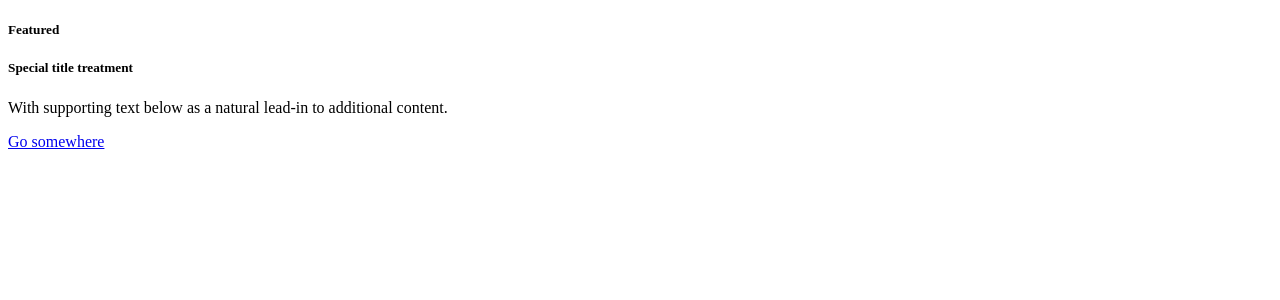
Repository: acciojob/bootstrap-card-vandanayadav15
Page: main.html
The author's editor kept a copy of each file at every save. The page is drawn from the files as they stood at one save, then again after the next save.
The browser window is 1280 px wide. The pictures show the whole page.

Above is the page before, as saved 2022-10-28 23:12:55.

### main.html
<!DOCTYPE html>

<html>

<head>
	<link rel="stylesheet" href="styles.css">
</head>

<body>
	<!-- the entire body must be written by student -->
	<div>
	<div class="card">
		<h5 class="card-header">Featured</h5>
		<div class="card-body">
			<h5 class="card-title">Special title treatment</h5>
			<p class="card-text">With supporting text below as a natural lead-in to additional content.</p>
			<a href="#" class="btn btn-primary">Go somewhere</a>
		</div>
	</div>
	</div>

</body>

</html>

### styles.css

/* Your CSS Code here. */

After the next save:
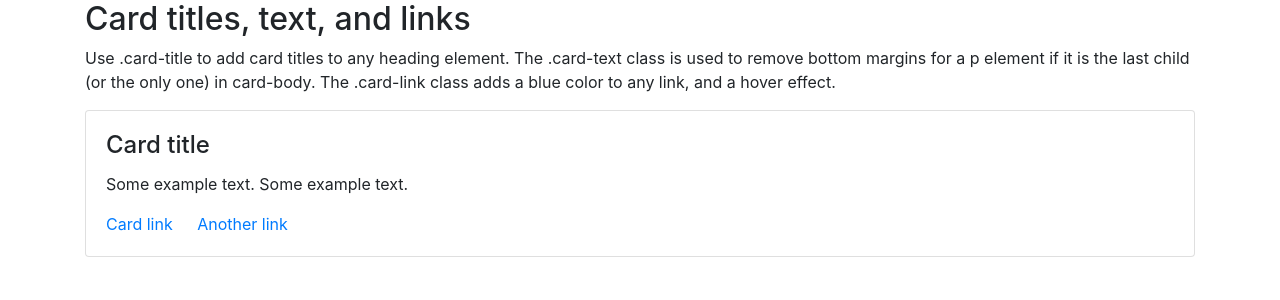
Saved 2 min 47 s later.
--- a/main.html
+++ b/main.html
@@ -1,22 +1,31 @@
 <!DOCTYPE html>
-
-<html>
+<html lang="en">
 
 <head>
-	<link rel="stylesheet" href="styles.css">
+	<title>Bootstrap Example</title>
+	<meta charset="utf-8">
+	<meta name="viewport" content="width=device-width, initial-scale=1">
+	<link rel="stylesheet" href="https://cdn.jsdelivr.net/npm/bootstrap@4.6.1/dist/css/bootstrap.min.css">
+	<script src="https://cdn.jsdelivr.net/npm/jquery@3.6.0/dist/jquery.slim.min.js"></script>
+	<script src="https://cdn.jsdelivr.net/npm/popper.js@1.16.1/dist/umd/popper.min.js"></script>
+	<script src="https://cdn.jsdelivr.net/npm/bootstrap@4.6.1/dist/js/bootstrap.bundle.min.js"></script>
 </head>
 
 <body>
-	<!-- the entire body must be written by student -->
-	<div>
-	<div class="card">
-		<h5 class="card-header">Featured</h5>
-		<div class="card-body">
-			<h5 class="card-title">Special title treatment</h5>
-			<p class="card-text">With supporting text below as a natural lead-in to additional content.</p>
-			<a href="#" class="btn btn-primary">Go somewhere</a>
+
+	<div class="container">
+		<h2>Card titles, text, and links</h2>
+		<p>Use .card-title to add card titles to any heading element. The .card-text class is used to remove bottom
+			margins for a p element if it is the last child (or the only one) in card-body. The .card-link class adds a
+			blue color to any link, and a hover effect.</p>
+		<div class="card">
+			<div class="card-body">
+				<h4 class="card-title">Card title</h4>
+				<p class="card-text">Some example text. Some example text.</p>
+				<a href="#" class="card-link">Card link</a>
+				<a href="#" class="card-link">Another link</a>
+			</div>
 		</div>
-	</div>
 	</div>
 
 </body>
